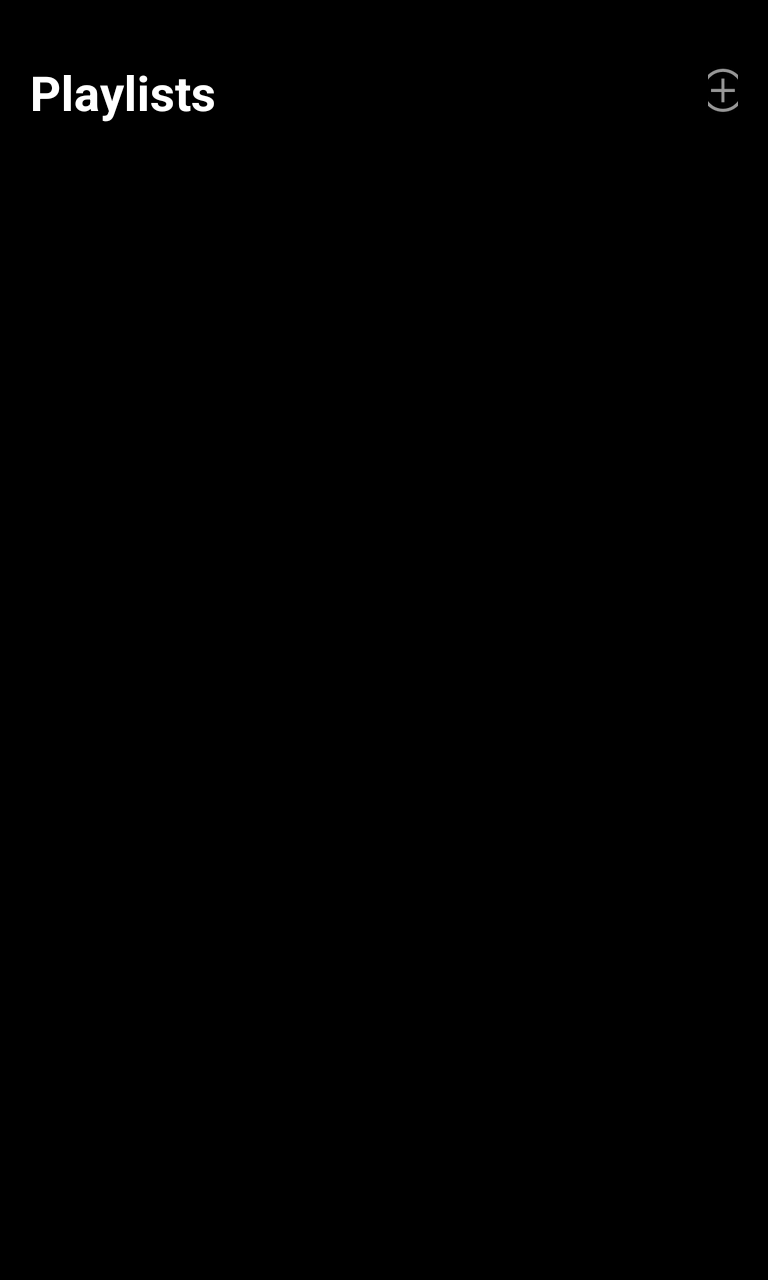
Repository: ohadsch/AwesomePlaylists
Layout: AwesomePlaylists/res/layout/activity_playlists.xml
The author's editor kept a copy of each file at every save. The layout is drawn from the files as they stood at one save, then again after the next save.
It is drawn on a 768 x 1280 px phone screen (xhdpi) without system bars, with theme AppTheme; the app's code is not run. Lists and similar views that code fills are empty.

Above is the layout before, as saved 2014-05-07 12:19:00.

After the next save:
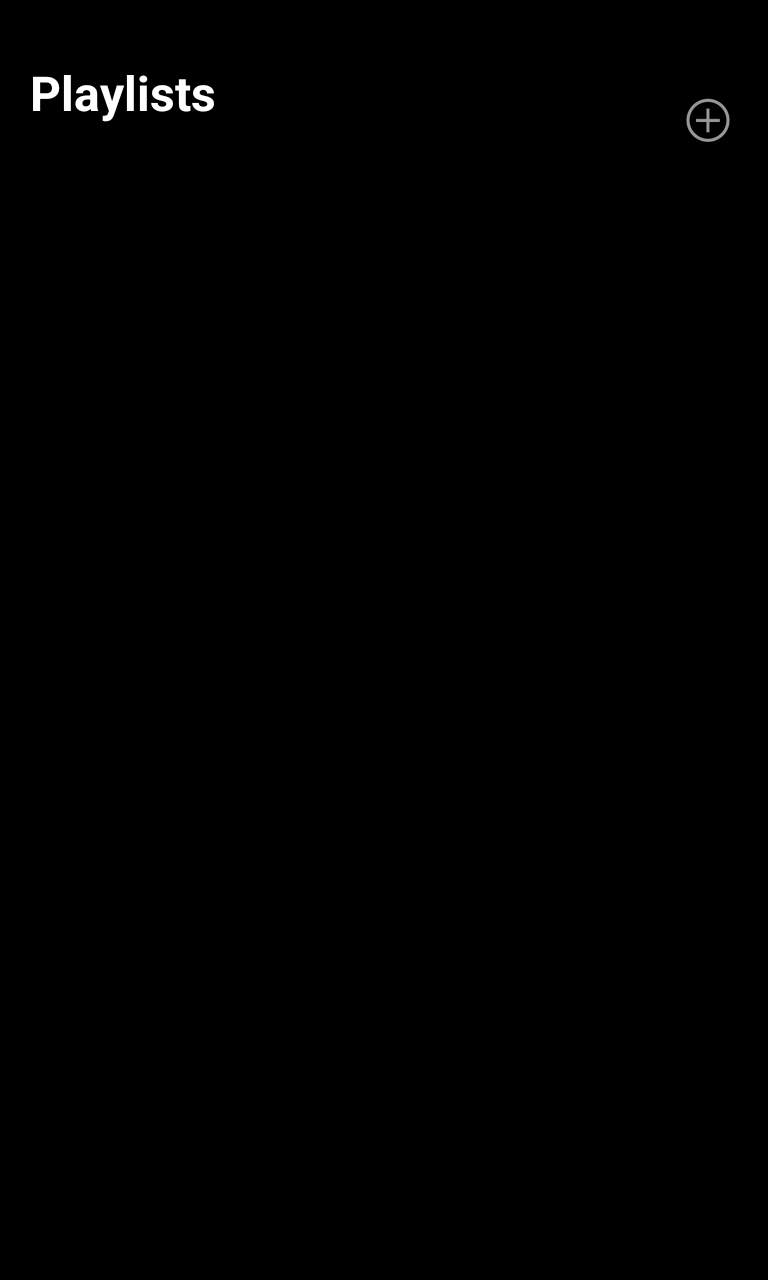
Saved 27 s later.
--- a/AwesomePlaylists/res/layout/activity_playlists.xml
+++ b/AwesomePlaylists/res/layout/activity_playlists.xml
@@ -25,8 +25,8 @@
 
         <ImageButton
             android:id="@+id/add_playlist_img"
-            android:layout_width="30dp"
-            android:layout_height="30dp"
+            android:layout_width="60dp"
+            android:layout_height="60dp"
             android:layout_weight=".50"
             android:src="@android:drawable/ic_menu_add"
             android:background="@android:color/black"
